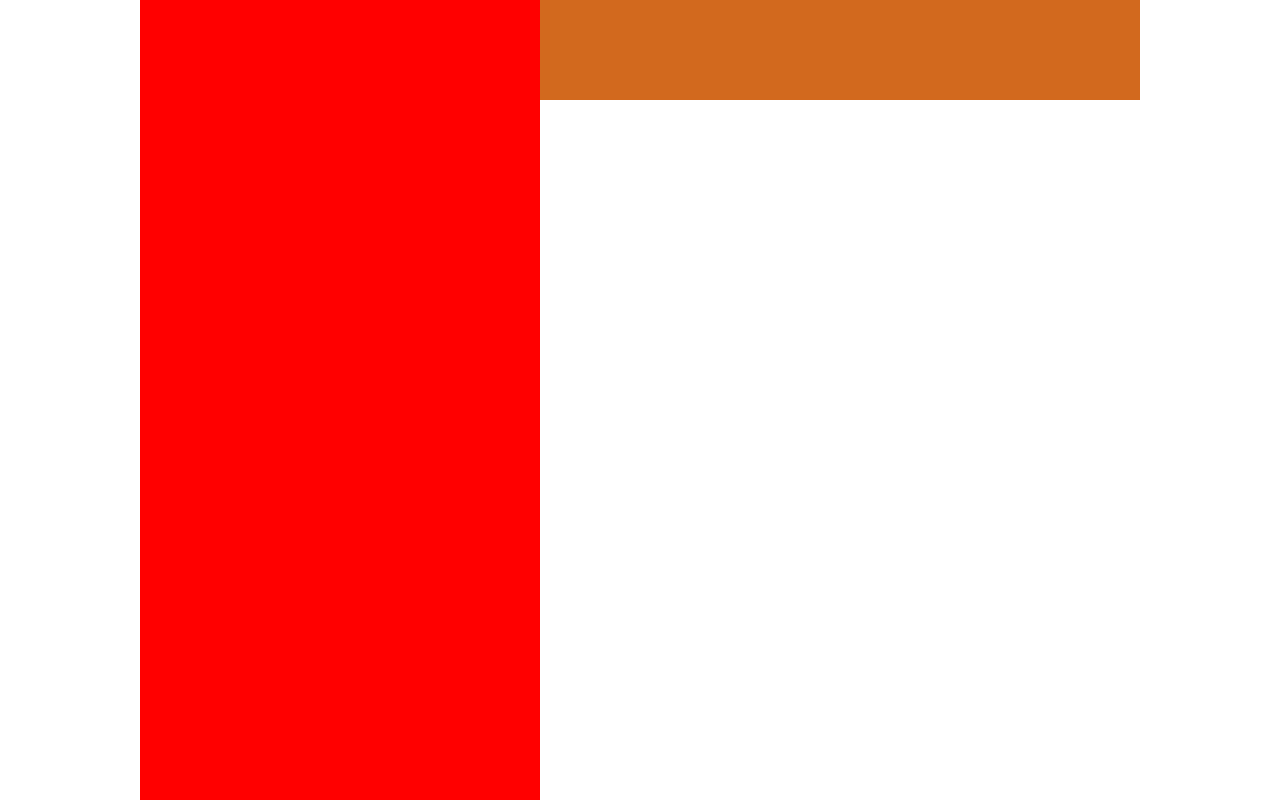
Repository: jinggegeZ/livechat
Page: /
These files come from the project's save history. The page is drawn as it stood at one moment and after the next save; the edit follows.
The browser window is 1280 px wide. The pictures show the whole page.
The project was rebuilt for these pictures with package versions that can differ from the ones it lists, and the page was loaded fresh each time.

Above is the page before, as saved 2020-08-17 10:54:55.

### src/App.vue
<template>
  <div id="app">

    <router-view/>
  </div>
</template>

<style lang="scss">
*{
  margin: 0;
  padding: 0;
}
</style>

### src/views/Home.vue
<template>
 <div class="content">
    <div class="content-c">
      <div class="box">
        <div class="box1"></div>

        <div class="box2">
          <div class="box2-1"></div>
          <div class="box2-2"></div>
        </div>
      </div>
    </div>
 </div>
</template>

<script>
 export default {
   name: '',
   props: {
   },
   components: {

   },
   data () {
     return {

     }
   },
   methods: {

   },
   mounted() {

   },
   watch: {

   },
   computed: {

   }
 }
</script>

<style scoped lang='scss'>
.content {
  width: 100%;
  display: flex;
  justify-content: center;
}
.content-c {
  width: 95%;
  display: flex;
  justify-content: center;
  align-items: center;
}
.box {
  width: 1000px;
  height: 800px;
  background: white;
  display: flex;

}
.box1 {
  flex: 4;
  height: 100%;
  background:red;
}
.box2 {
  flex: 6;
  height: 100%;
  background: yellow;

}
.box2 {

  width: 100%;
  height: 100px;
  background: chocolate;
}
</style>

Loaded but not shown: public/index.html (common file); src/main.js (common file); src/router/index.js (common file); src/store/index.js (common file)

After the next save:
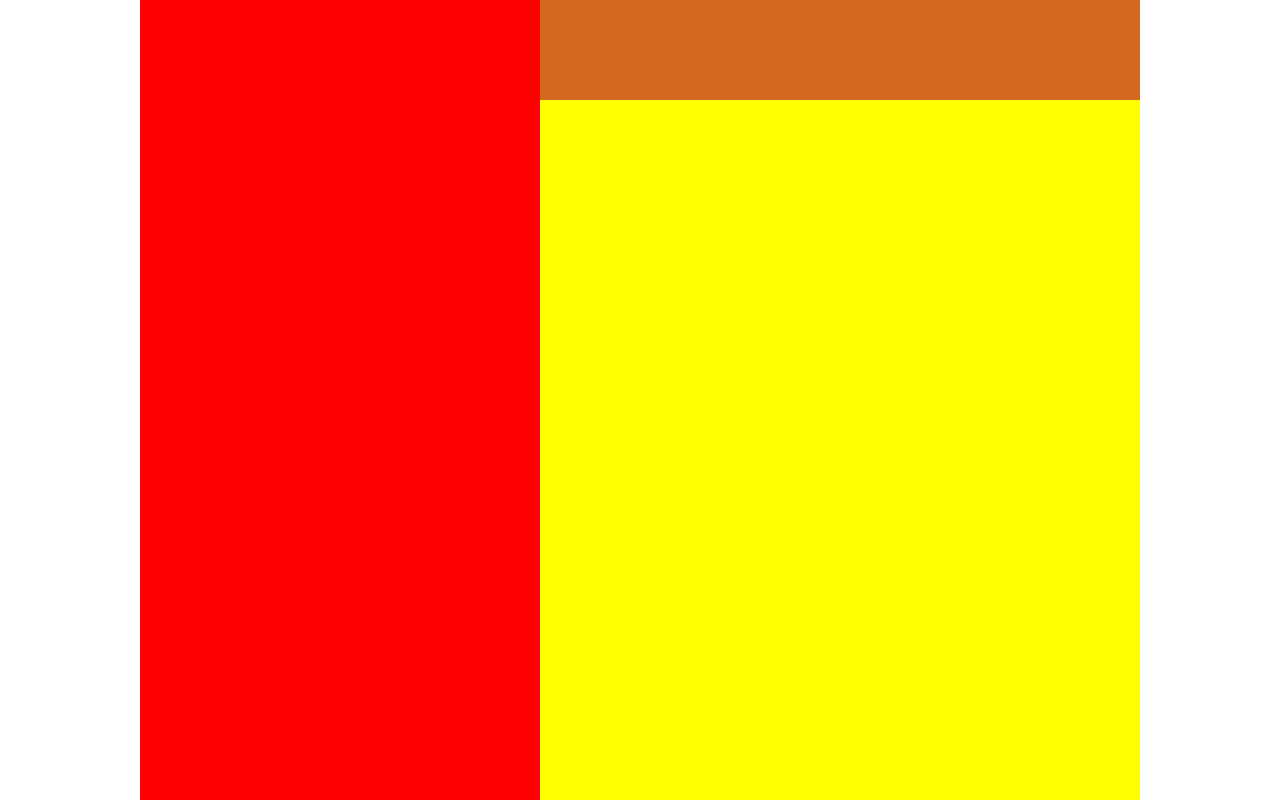
Saved 14 s later.
--- a/src/views/Home.vue
+++ b/src/views/Home.vue
@@ -71,7 +71,7 @@
   background: yellow;
 
 }
-.box2 {
+.box2-2 {
 
   width: 100%;
   height: 100px;
